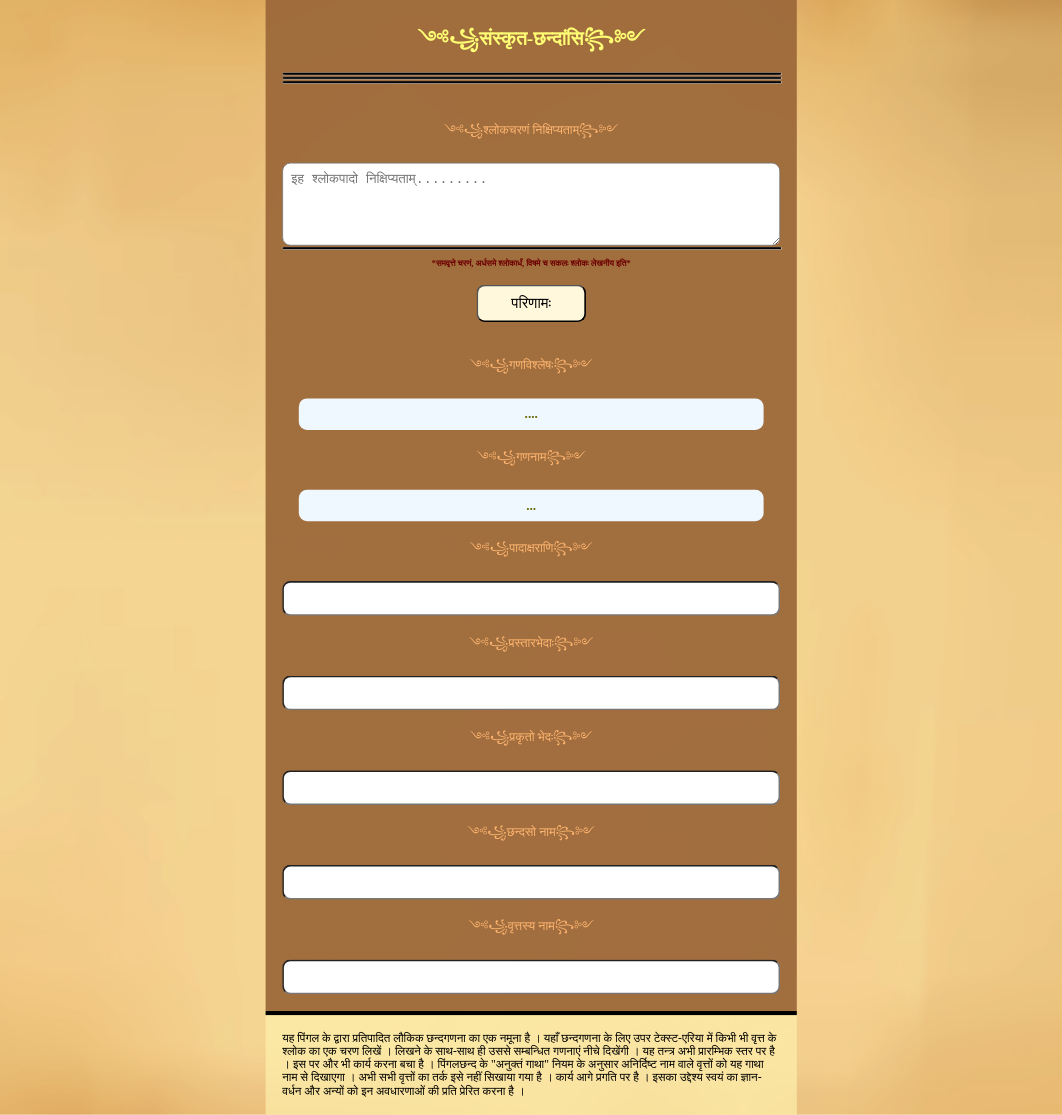
Repository: arshavak/pingala_chhand_shastram
Page: index.html
The author's editor kept a copy of each file at every save. The page is drawn from the files as they stood at one save, then again after a run of saves.
The browser window is 1280 px wide. The pictures show the whole page, at 83% of full size.

Above is the page before, as saved 2024-10-20 17:07:26.

After the next 3 saves:
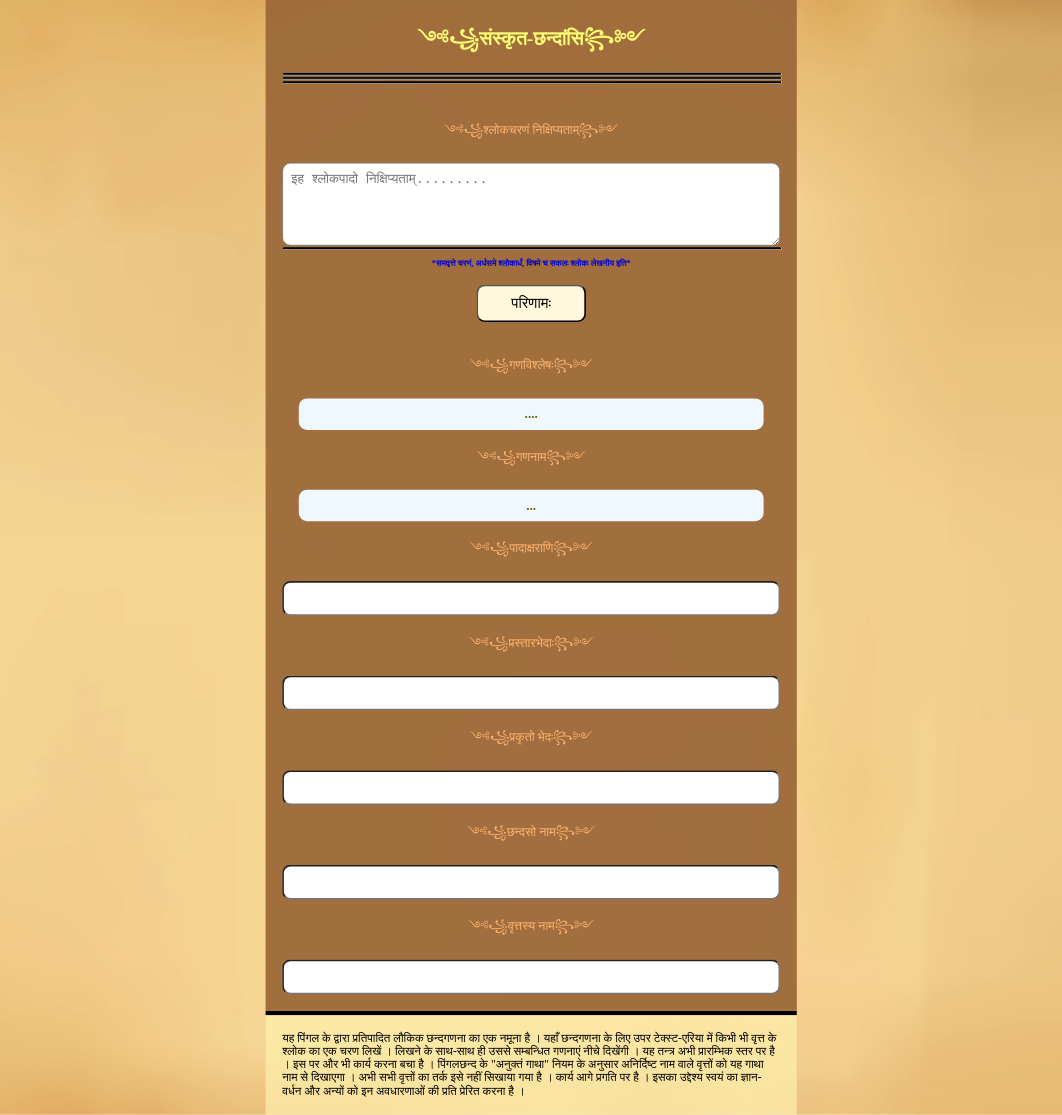
The 3 saves are shown as one change because they came seconds apart.
The last was saved 11 s later.
--- a/style.css
+++ b/style.css
@@ -26,7 +26,7 @@ label {
   font-size: 10px;
   margin-top: 10px;
   display: block;
-  color: rgb(109, 0, 0);
+  color: rgb(0, 4, 211);
 }
 
 textarea {
